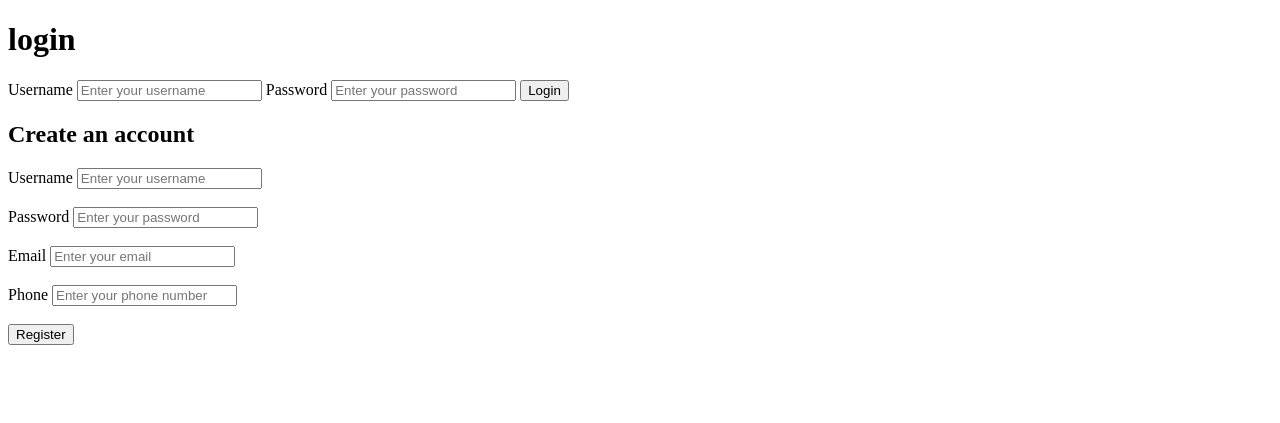
Repository: bao2222/hoc-lam-web
Page: welcome.html
These files come from the project's save history. The page is drawn as it stood at one moment and after the next save; the edit follows.
The browser window is 1280 px wide. The pictures show the whole page.

Above is the page before, as saved 2024-12-30 08:55:16.

### welcome.html
<!DOCTYPE html>
<html lang="en">

    <head>
        <meta charset="UTF-8">
        <title>Welcome</title>
        <meta content = "this is my website" name = "description">
        <meta author = "me">




    </head>

    <body>
        <h1>login</h1>
        <div>
            <div class="login">
                <form action="project.js" method="POST" >

                    <label for="username">Username</label>
                    <input type="text" id="username" placeholder="Enter your username" name="username" required>

                    <label for="password">Password</label>
                    <input type="password" id="password" placeholder="Enter your password" name="password" required>

                    <button type="submit">Login</button>

                </form>
            </div>

            <h2>Create an account</h2>
            <div>
                <div class="register">
                    <form action="project.js" method="POST" >

                        <label for="register_username">Username</label>
                        <input type="text" id="register_username" placeholder="Enter your username" name="register_username" required><br><br>

                        <label for="register_password">Password</label>
                        <input type="password" id="register_password" placeholder="Enter your password" name="password" required><br><br>

                        <label for="register_email">Email</label>
                        <input type="email" id="register_email" placeholder="Enter your email" name="email" required><br><br>

                        <label for="register_phone">Phone</label>
                        <input type="tel" id="register_phone" placeholder="Enter your phone number" name="phone" required><br><br>

                        <button type="submit">Register</button>

                    </form>



                </div>


            </div>



        </div>





    </body>





</html>

After the next save:
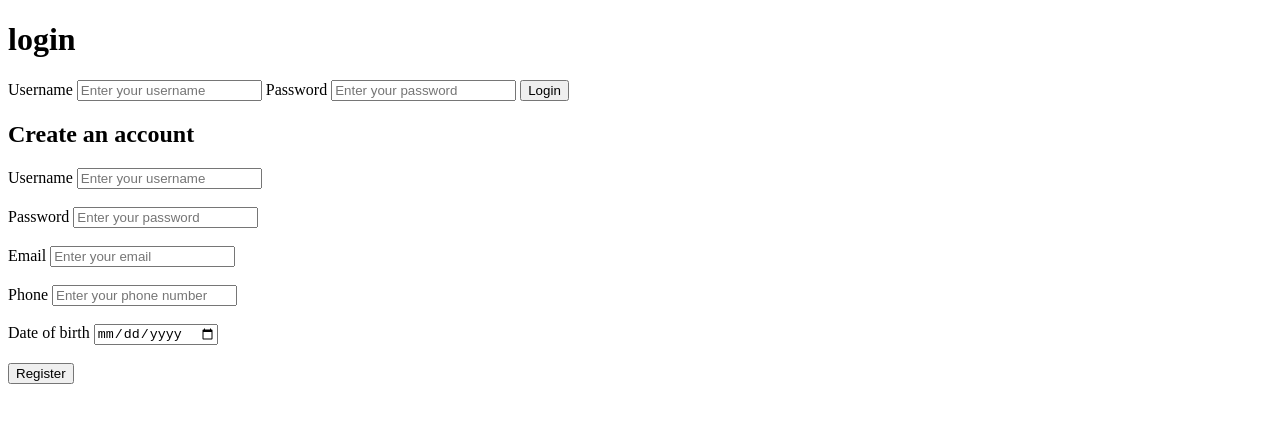
Saved 50 s later.
--- a/welcome.html
+++ b/welcome.html
@@ -46,6 +46,9 @@
                         <label for="register_phone">Phone</label>
                         <input type="tel" id="register_phone" placeholder="Enter your phone number" name="phone" required><br><br>
 
+                        <label for="register_dob">Date of birth</label>
+                        <input type="date" id="register_dob" placeholder="Enter your date of birth" name="dob" required><br><br>
+
                         <button type="submit">Register</button>
 
                     </form>
